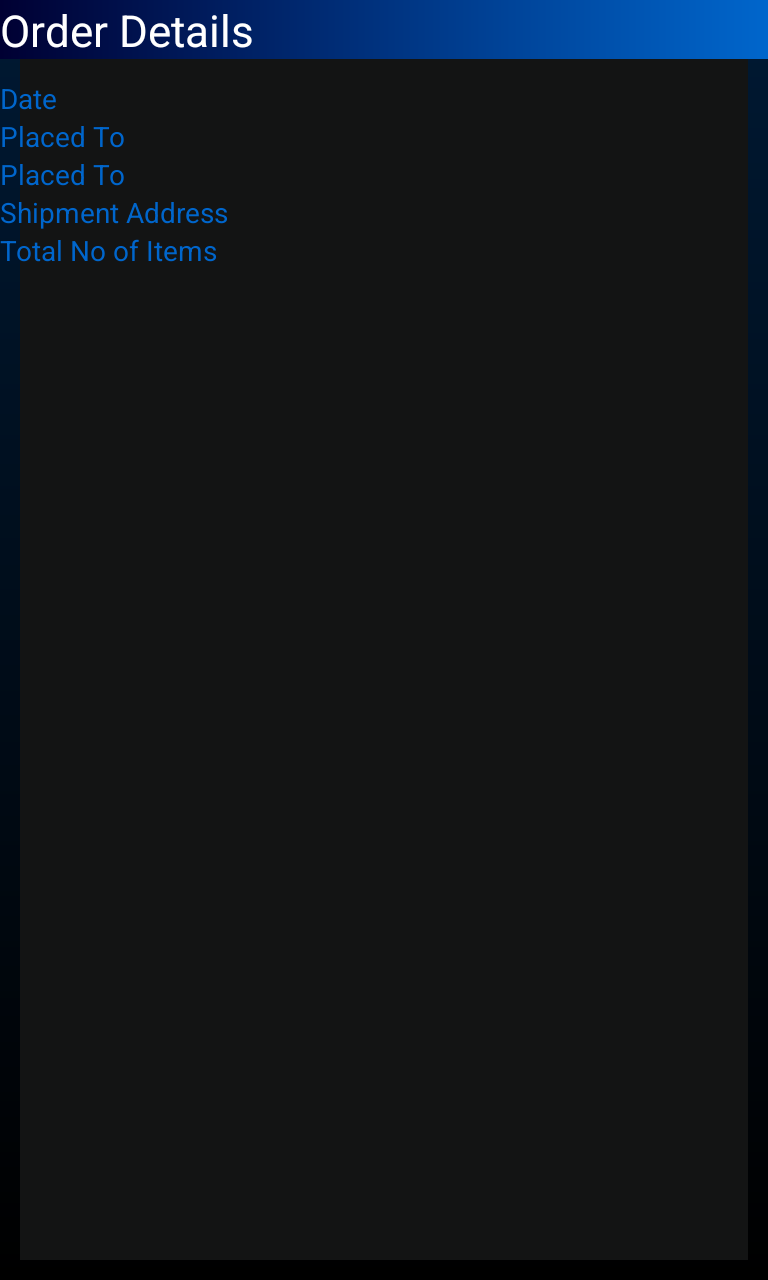
Repository: jasleen1291/B2BMobileApplication
Layout: Mobile E Commerce/B2B/res/layout/fragment_view_order.xml
An editor plug-in stored every save of this project. The layout is shown before and after the next save, followed by the edit.
It is drawn on a 768 x 1280 px phone screen (xhdpi) without system bars, with theme mycustomtheme; the app's code is not run. Lists and similar views that code fills are empty.

Above is the layout before, as saved 2013-05-25 23:18:03.

After the next save:
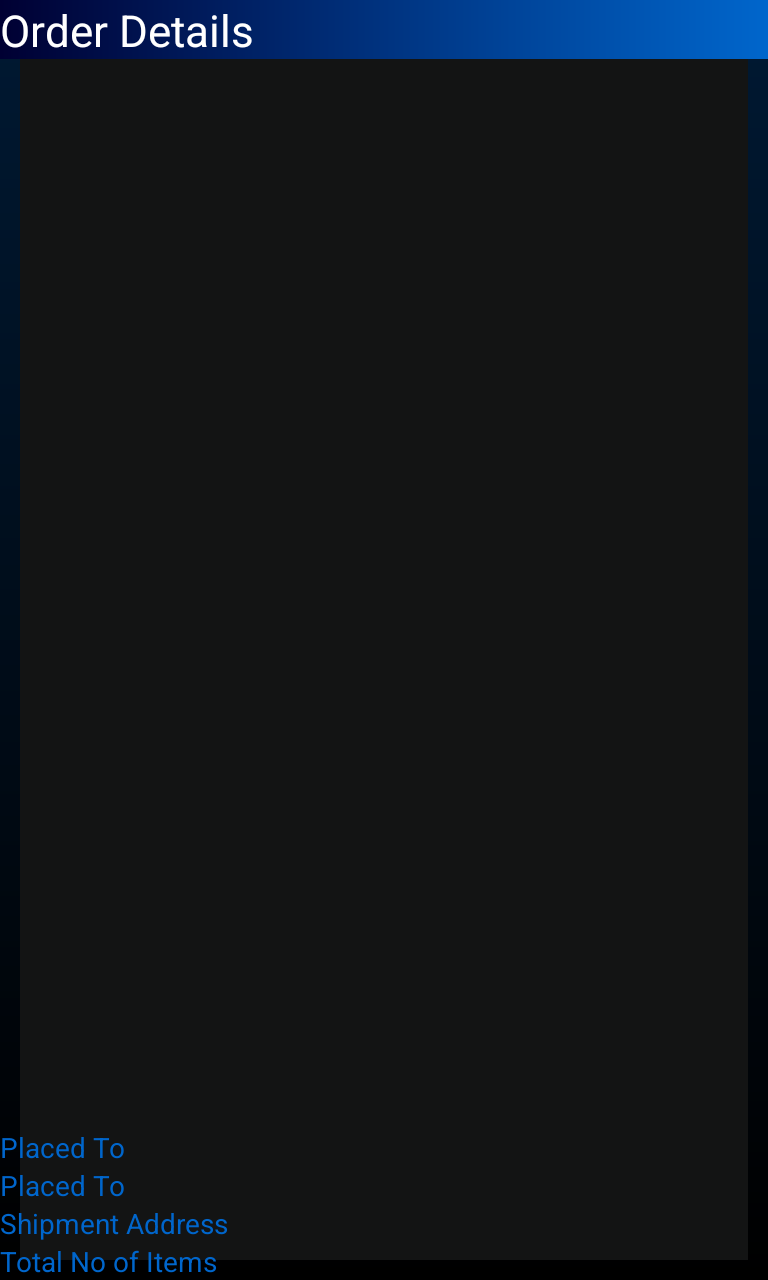
Saved 38 s later.
--- a/Mobile E Commerce/B2B/res/layout/fragment_view_order.xml
+++ b/Mobile E Commerce/B2B/res/layout/fragment_view_order.xml
@@ -47,7 +47,8 @@
     android:orientation="vertical" >
 
     <LinearLayout
-        android:layout_width="match_parent"
+        android:layout_width="0dp"
+        android:layout_weight="3"
         android:layout_height="wrap_content" >
 
         <TextView
